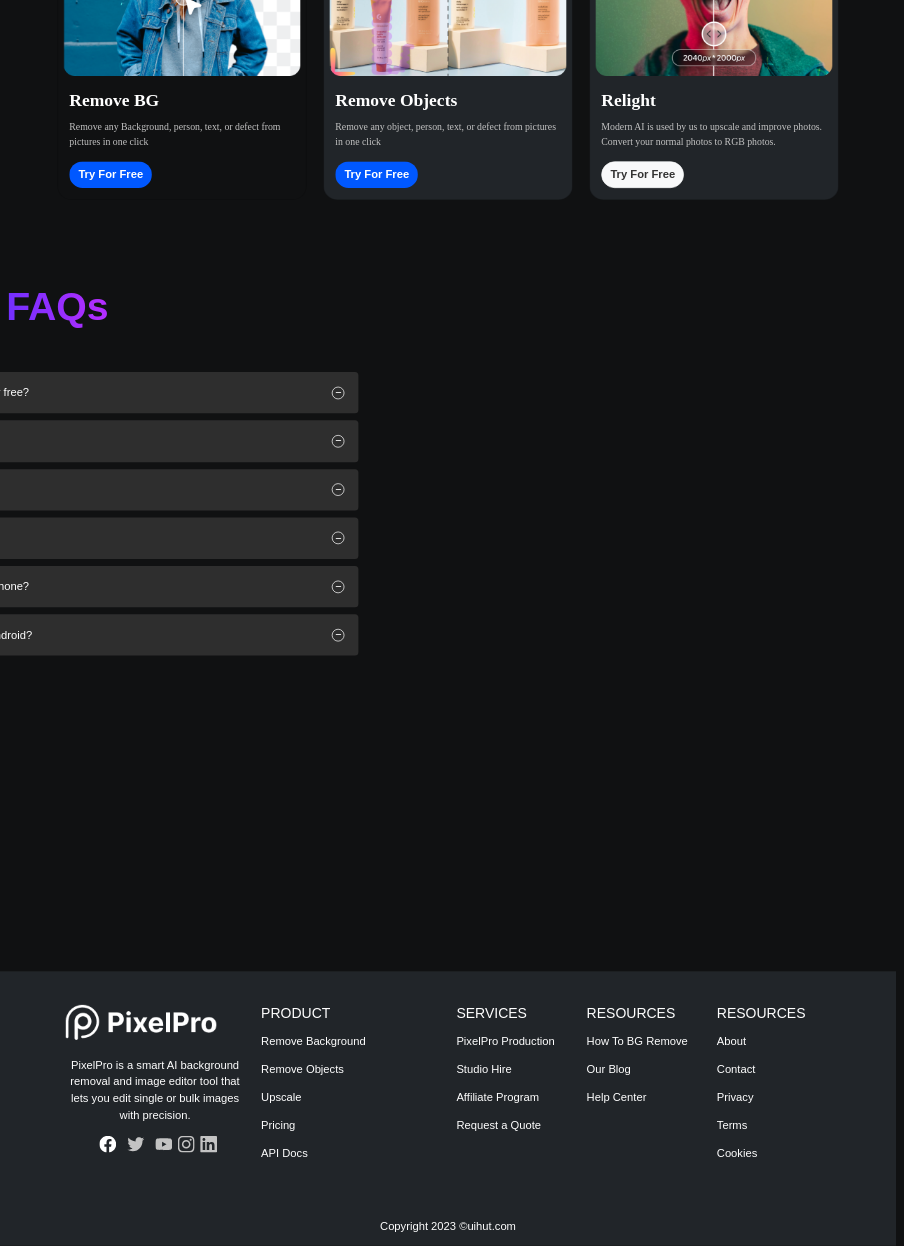
Repository: LuongTienThinh/lvh
Page: Relight Design/index.html
An editor plug-in stored every save of this project. The page is shown before and after the next save, followed by the edit.
The browser window is 1280 px wide. The page is 1292 px wide, so the pictures cover 1292 px, including what lies to the right of the window. The pictures show the part of the page from y = 2861 to 4741 px (the page is 4641 px tall before and 4741 px after), at 70% of full size.
Some web fonts or font styles are not loaded; a fallback is used.

Above is the page before, as saved 2023-11-30 11:01:39.

After the next save:
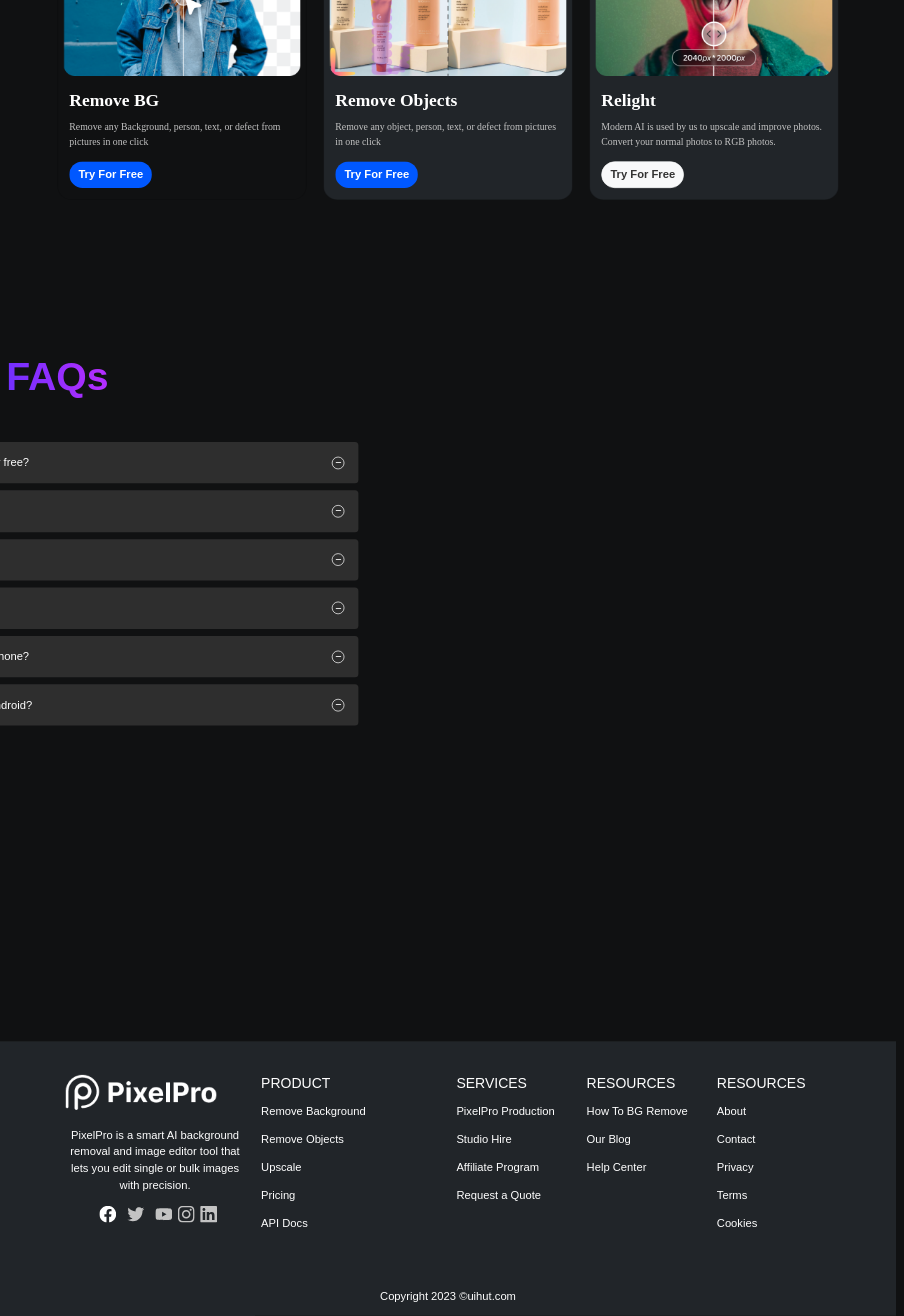
Saved 7 s later.
--- a/Relight Design/index.html
+++ b/Relight Design/index.html
@@ -177,7 +177,7 @@
         </div>
         </div>
         <section>
-          <div class="container" style="margin-top:400px;">
+          <div class="container" style="margin-top:500px;">
     <div class="faqs">
         <h2 class="title">FAQs</h2>
         <div class="accordion" id="accordionPanelsStayOpenExample">
